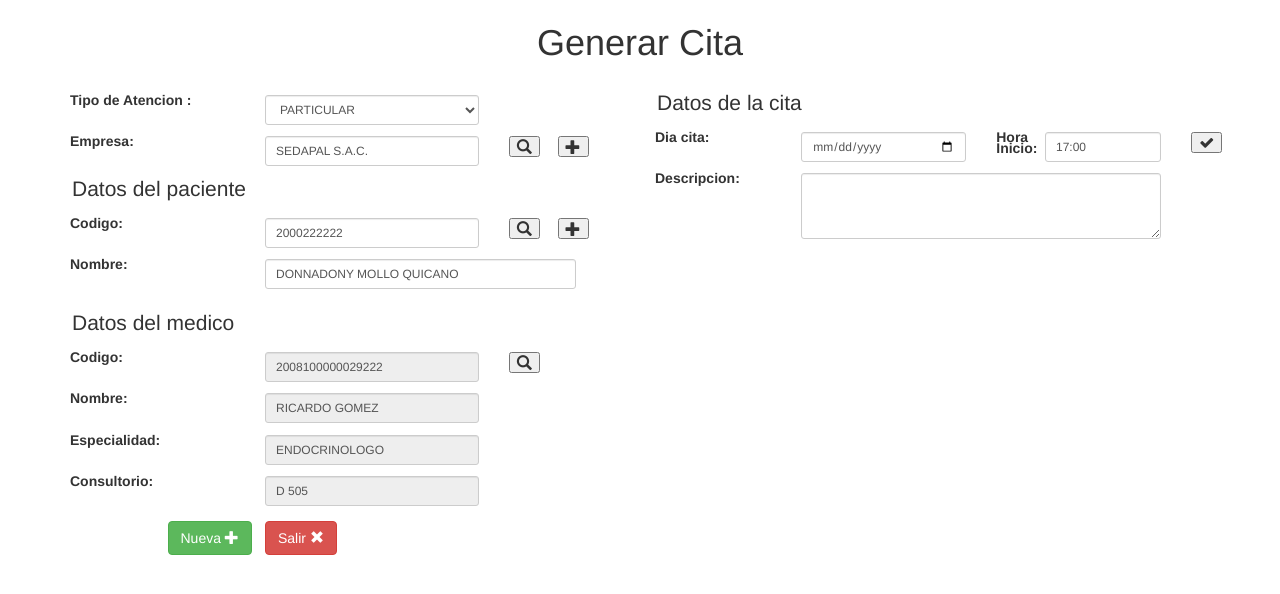
Repository: Donyx10/ADSII-ProyectoClinica
Page: http://localhost/AvanceWeb/GeneraCitaMedica.jsp
An editor plug-in stored every save of this project. The page is shown before and after the next save, followed by the edit.
The browser window is 1280 px wide. The pictures show the whole page.
Some web fonts or font styles are not loaded; a fallback is used. The page is served by Tomcat 9. Other server files are loaded and not shown.

Above is the page before, as saved 2018-06-04 05:40:40.

### WebDemo/AvanceWeb/WebContent/GeneraCitaMedica.jsp
<!DOCTYPE html>
<html lang="esS">
<head>
<meta charset="UTF-8">
<meta name="viewport"
	content="width=device-width, initial-scale=1, maximum-scale=1, user-scalable=no">
<script type="text/javascript" src="js/jquery.min.js"></script>
<script type="text/javascript" src="js/jquery.dataTables.min.js"></script>
<script type="text/javascript" src="js/dataTables.bootstrap.min.js"></script>
<script type="text/javascript" src="js/bootstrap.min.js"></script>
<script type="text/javascript" src="js/bootstrapValidator.js"></script>
<link rel="stylesheet" href="css/bootstrap.css" />
<link rel="stylesheet" href="css/dataTables.bootstrap.min.css" />
<link rel="stylesheet" href="css/style.css" />
<link rel="stylesheet" href="css/bootstrapValidator.css" />
<link rel="stylesheet"
	href="https://cdnjs.cloudflare.com/ajax/libs/font-awesome/4.7.0/css/font-awesome.min.css">
<title>Generar Cita</title>

</head>
<body>

	<div class="container" style="padding-top: 3px; line-height: 0.8;">
		<h1 align="center">Generar Cita</h1>
		<br>
		<br>
		<form action="generarCita" id="id_form">
			<div class="form-group row">
				<div class="col-md-6" >

					<div class="form-group row" align="left" id="atencion">
						<div class="col-md-12" >
							<div class="row">
								<div class="col-md-4">
									<label for="atencion">Tipo de Atencion : </label>
								</div>
								<div class="col-md-5">
									<select class="form-control input-sm" style="">
										<option>PARTICULAR
										<option>EPS
										<option>SEGURO
									</select>
								</div>
							</div>
							<br>
							<div class="row">
									<div class="col-md-4">
										<label class="" for="id_codigo">Empresa:</label>
									</div>
									<div class="col-md-5">
										<input class="form-control input-sm" type="text"
											value="SEDAPAL S.A.C." id="" name=""
											placeholder="Ingrese el codigo">
									</div>
									<div class="col-md-1" align="right">
										<button style="font-size: 15px">
											<i class="glyphicon glyphicon-search"></i>
										</button>
									</div>
									<div class="col-sm-1">
										<button style="font-size: 15px">
											<i class="glyphicon glyphicon-plus"></i>
										</button>
									</div>
								</div>

						</div>
					</div>

					<div class="form-group row" align="left" id="paciente">
						<div class="col-md-12" >
							<fieldset>
								<legend>Datos del paciente</legend>
								<div class="row">
									<div class="col-md-4">
										<label class="" for="id_codigo">Codigo:</label>
									</div>
									<div class="col-md-5">
										<input class="form-control input-sm" type="text"
											value="2000222222" id="" name=""
											placeholder="Ingrese el codigo">
									</div>
									<div class="col-md-1" align="right">
										<button style="font-size: 15px">
											<i class="glyphicon glyphicon-search"></i>
										</button>
									</div>
									<div class="col-sm-1">
										<button style="font-size: 15px">
											<i class="glyphicon glyphicon-plus"></i>
										</button>
									</div>
								</div>
								<br>
								<div class="row">
									<div class="col-md-4">
										<label class="" for="">Nombre:</label>
									</div>
									<div class="col-md-7">
										<input class="form-control input-sm" type="text"
											value="DONNADONY MOLLO QUICANO" id="" name=""
											placeholder="Ingrese el nombre" size="30">
									</div>
								</div>

							</fieldset>
						</div>

					</div>

					<br>
					<div class="form-group row" id="cita" >
						<div class="col-md-12">
						<fieldset>
								<legend>Datos del medico</legend>

								<div class="row">
									<div class="col-md-4">
										<label class="" for="id_codigo">Codigo:</label>
									</div>
									<div class="col-md-5">
										<input class="form-control input-sm" type="text" readonly="readonly"
											id="id_codigo" value="2008100000029222"
											name="computadora.nombre" placeholder="Ingrese el codigo">

									</div>
									<div class="col-md-1">
										<button style="font-size: 15px">
											<i class="glyphicon glyphicon-search"></i>
										</button>
									</div>
								</div>
								<br>
								<div class="row">
									<div class="col-md-4">
										<label class="" for="">Nombre:</label>
									</div>
									<div class="col-md-5">
										<input class="form-control input-sm" type="text" id="" readonly="readonly"
											value="RICARDO GOMEZ" name="" placeholder="Ingrese el nombre">
									</div>
								</div>
								<br>
								<div class="row">
									<div class="col-md-4">
										<label class="" for="">Especialidad:</label>
									</div>
									<div class="col-md-5">
										<input class="form-control input-sm" type="text" id="" name="" readonly="readonly"
											value="ENDOCRINOLOGO" placeholder="Ingrese la especialidad">
									</div>
								</div>
								<br>
								<div class="row">
									<div class="col-md-4">
										<label class="" for="">Consultorio:</label>
									</div>
									<div class="col-md-5">
										<input class="form-control input-sm" type="text" id="" name="" readonly="readonly"
											value="D 505" placeholder="Ingrese el consultorio">
									</div>
								</div>
							</fieldset>

						</div>
					</div>
					<div class="form-group row" id="botones">
						<div class="col-md-2" align="center"></div>
						<div class="col-md-2" align="center">
							<button type="submit" class="btn btn-success">
								Nueva <span class="glyphicon glyphicon-plus"></span>
							</button>
						</div>
						<div class="col-md-2" align="center">
							<button type="submit" class="btn btn-danger">
								Salir <span class="glyphicon glyphicon-remove"></span>
							</button>
						</div>
					</div>
				</div>
				<div class="col-md-6" >
					<div class="form-group row" id="medico"
						>
						<div class="col-md-12" >
							<fieldset>
								<legend>Datos de la cita </legend>
								<!--
								<div class="row">
									<div class="col-md-3">
										<label class="" for="">Especialidad:</label>
									</div>
									<div class="col-md-4">
										<select class="form-control input-sm">
											<option>TRAUMATOLOGIA
											<option>CIRUJIA
											<option>GINECOLOGIA
										</select>
									</div>
								</div>
								<br>
								 -->
								<!--
						<div class="row">
							<div class="col-md-3">
								<label class="" for="">Numero:</label>
							</div>
							<div class="col-md-3">
								<input class="form-control" type="text" id="" name="" value="001-000029"
									size="10" placeholder="Numero">
							</div>
						</div>
						<br>-->
								<div class="row">
									<div class="col-md-3">
										<label class="" for="id_codigo">Dia cita:</label>
									</div>
									<div class="col-md-4">
										<input class="form-control input-sm" type="date" id=""
											value="5/18/2018" name="" placeholder="Dia" size="10">

									</div>

									<div class="col-md-1">
										<label class="" for="id_codigo">Hora Inicio:</label>
									</div>
									<div class="col-md-3">
										<input class="form-control input-sm" type="text" id="" name=""
											value="17:00" placeholder="Hora" size="10">

									</div>
									<div class="col-md-1">
										<button style="font-size: 15px">
											<i class="fa fa-check"></i>
										</button>

									</div>
								</div>
								<br>
								<div class="row">
									<div class="col-md-3">
										<label class="" for="">Descripcion:</label>
									</div>
									<div class="col-lg-8">
										<textarea class="form-control input-sm" rows="3" id="comment"></textarea>
									</div>
								</div>
							</fieldset>
						</div>
					</div>
				</div>
			</div>
		</form>
	</div>
</body>
</html>

### WebDemo/AvanceWeb/WebContent/css/style.css


.table-fixed {
	width: 100%;
	background-color: #f3f3f3;
}

.table-fixed tbody {
	height: 120px;
	overflow-y: auto;
	width: 100%;
}

.table-fixed thead, .table-fixed tbody, .table-fixed tr, .table-fixed td,
	.table-fixed th {
	display: block;
}

.table-fixed tbody td {
	float: left;
}

.table-fixed thead tr th {
	float: left;
	background-color: #f39c12;
	border-color: #e67e22;
}

legend {
    display: block;
    padding-left: 2px;
    padding-right: 2px;
    border: none;
}

Loaded but not shown: WebDemo/AvanceWeb/WebContent/js/jquery.min.js (library); WebDemo/AvanceWeb/WebContent/js/jquery.dataTables.min.js (library); WebDemo/AvanceWeb/WebContent/js/dataTables.bootstrap.min.js (common file); WebDemo/AvanceWeb/WebContent/js/bootstrap.min.js (library); WebDemo/AvanceWeb/WebContent/js/bootstrapValidator.js (library); WebDemo/AvanceWeb/WebContent/css/bootstrap.css (library); WebDemo/AvanceWeb/WebContent/css/dataTables.bootstrap.min.css (library); WebDemo/AvanceWeb/WebContent/css/bootstrapValidator.css (common file)

After the next save:
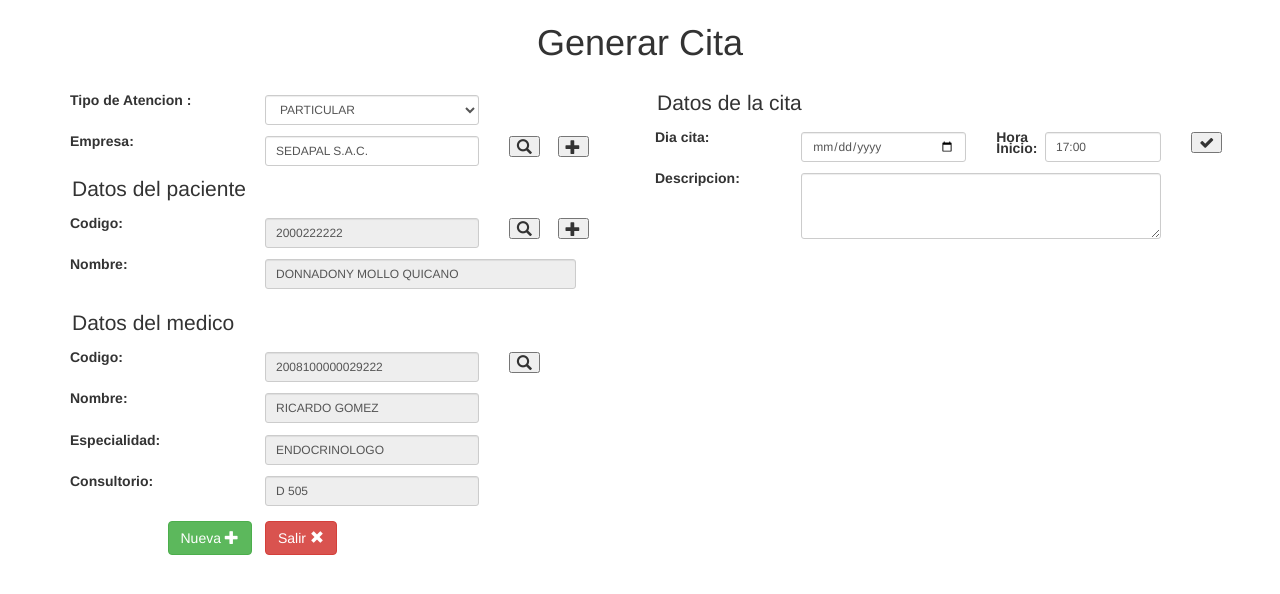
Saved 16 s later.
--- a/WebDemo/AvanceWeb/WebContent/GeneraCitaMedica.jsp
+++ b/WebDemo/AvanceWeb/WebContent/GeneraCitaMedica.jsp
@@ -76,7 +76,7 @@
 										<label class="" for="id_codigo">Codigo:</label>
 									</div>
 									<div class="col-md-5">
-										<input class="form-control input-sm" type="text"
+										<input class="form-control input-sm" type="text" readonly="readonly"
 											value="2000222222" id="" name=""
 											placeholder="Ingrese el codigo">
 									</div>
@@ -97,7 +97,7 @@
 										<label class="" for="">Nombre:</label>
 									</div>
 									<div class="col-md-7">
-										<input class="form-control input-sm" type="text"
+										<input class="form-control input-sm" type="text" readonly="readonly"
 											value="DONNADONY MOLLO QUICANO" id="" name=""
 											placeholder="Ingrese el nombre" size="30">
 									</div>
